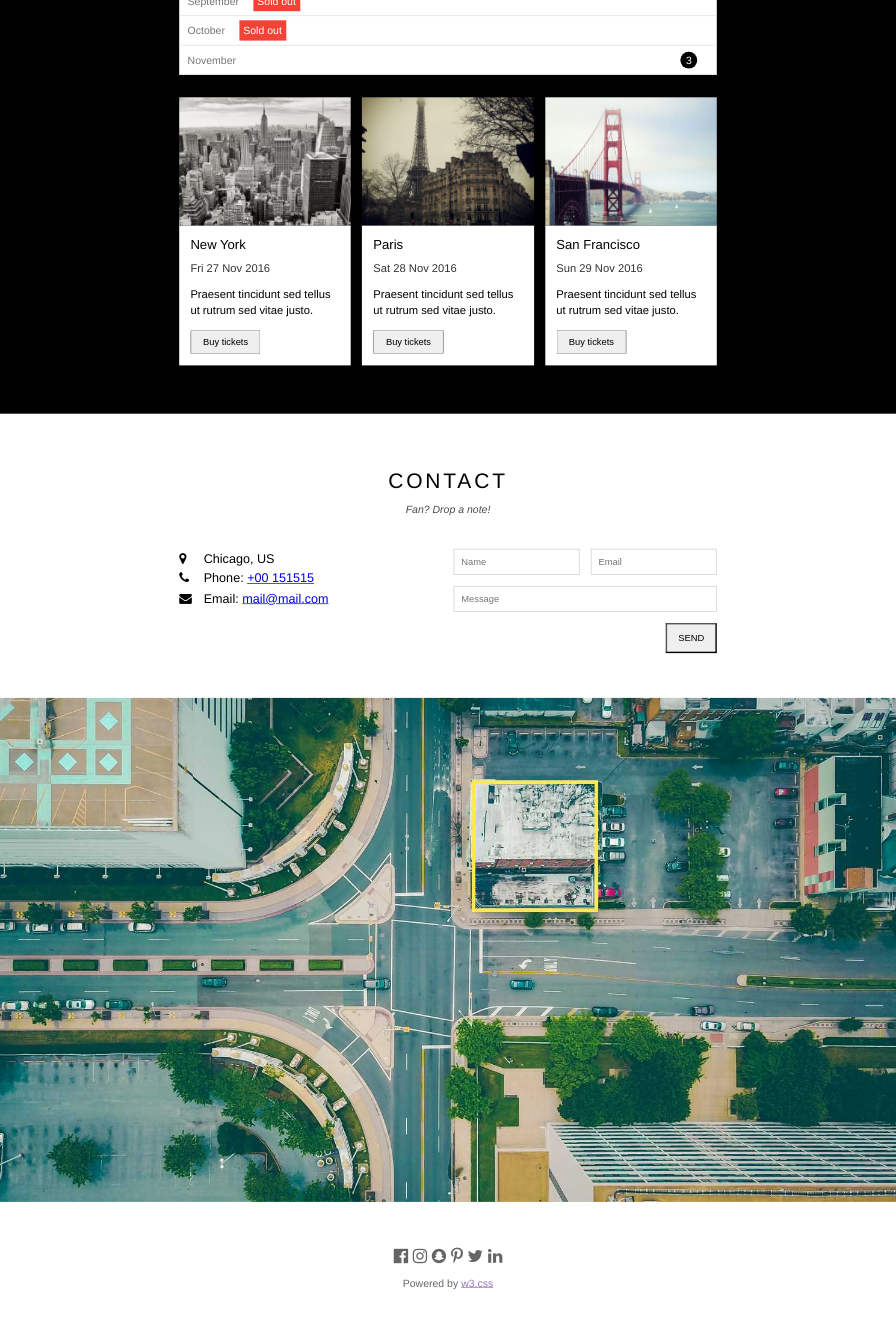
Repository: vuongtm1999/TheBand_W3School
Page: index.html
These files come from the project's save history. The page is drawn as it stood at one moment and after the next save; the edit follows.
The browser window is 1280 px wide. The pictures show the part of the page from y = 1360 to 3280 px (the page is 3280 px tall before and 3276 px after), at 70% of full size.

Above is the page before, as saved 2022-09-26 22:50:27.

After the next save:
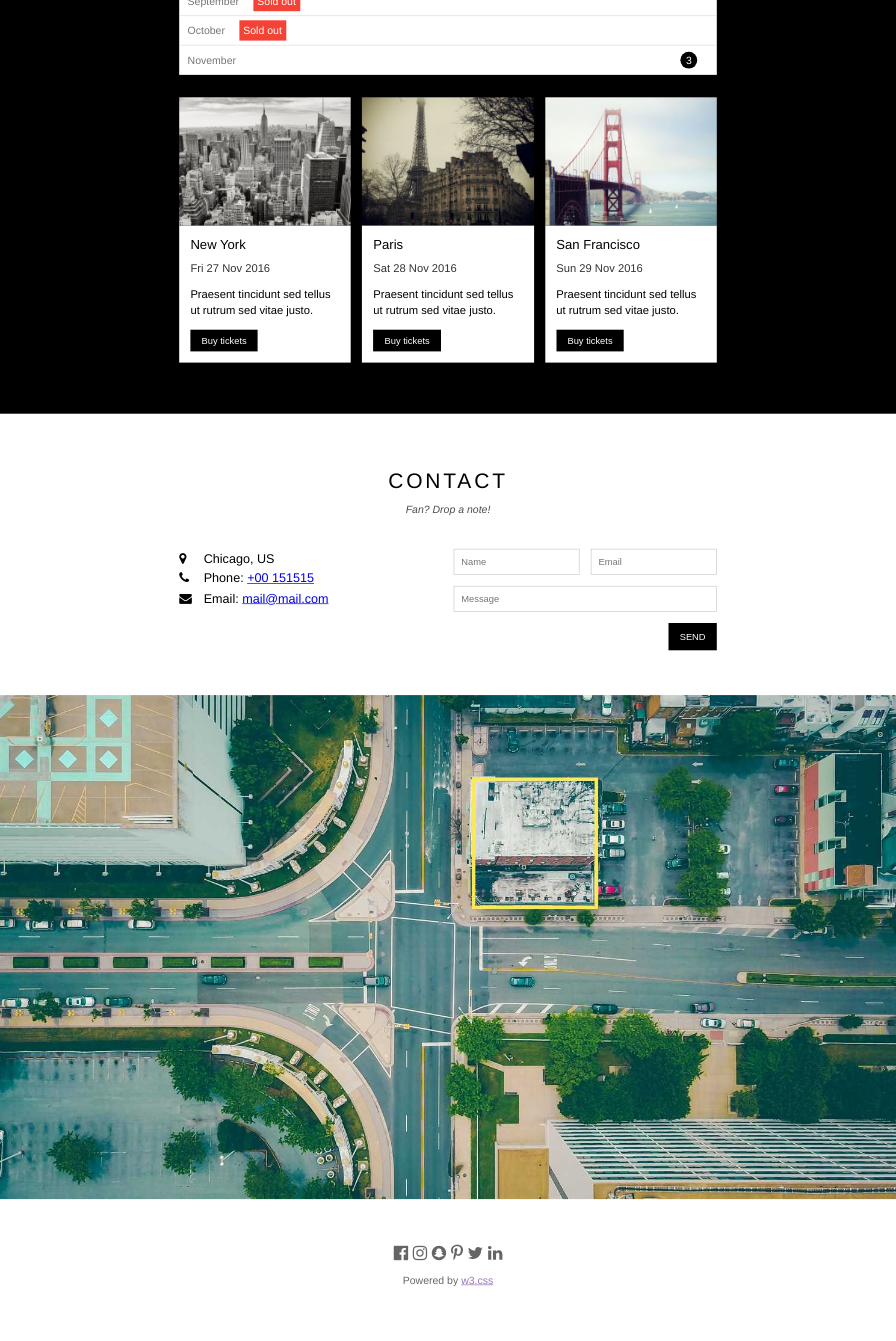
Saved 12 s later.
--- a/assets/css/style.css
+++ b/assets/css/style.css
@@ -19,8 +19,8 @@ html {
 }
 
 /* Common */
+    /* Khac phuc khi dung float :left */
 /* .clearFloat{
-    /* Khac phuc khi dung float :left */
     clear: both;
 } */
 
